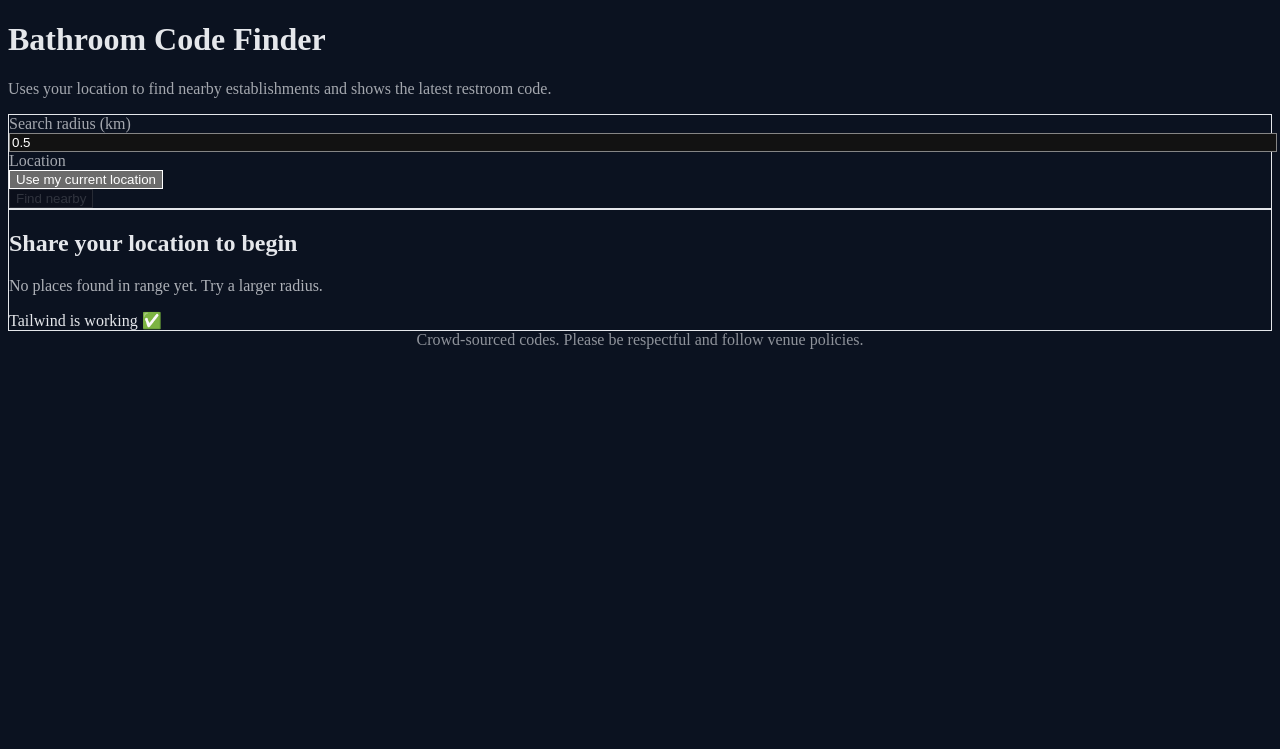
Repository: codcodedob/glitch
Page: /
An editor plug-in stored every save of this project. The page is shown before and after the next save, followed by the edit.
The browser window is 1280 px wide. The pictures show the whole page.
The page's requests for data from a server got no answer. The project was rebuilt for these pictures with package versions that can differ from the ones it lists, and the page was loaded fresh each time. The framework's server and built-in components were replaced by stand-ins that run in the browser. No one was signed in, and anything a server would have sent is missing. Also part of the build but not shown: next.config.js, next.config.mjs, next.config.ts, components/UpdateCodeModal.tsx.

Above is the page before, as saved 2025-10-03 11:54:43.

### pages/_app.tsx
import type { AppProps } from "next/app";
import { Toaster } from "react-hot-toast";
import "leaflet/dist/leaflet.css";
import "@/styles/globals.css";

export default function App({ Component, pageProps }: AppProps) {
  return (
    <>
      <Component {...pageProps} />
      <Toaster position="top-center" />
    </>
  );
}

### pages/index.tsx
// pages/index.tsx
import Head from "next/head";
import dynamic from "next/dynamic";
import { useCallback, useEffect, useMemo, useRef, useState } from "react";
import toast from "react-hot-toast";
import UpdateCodeModal from "@/components/UpdateCodeModal";

type Establishment = {
  id: string;
  name: string;
  address: string;
  lat: number;
  lng: number;
  restroom_available: boolean | null;
  distance_km?: number;
  code?: string | null;
  code_updated_at?: string | null;
  // may be absent for /api/nearest rows:
  google_place_id?: string | null;
};

type Candidate = {
  place_id: string;
  name: string;
  address: string | null;
  lat: number;
  lng: number;
  code?: string | null;
  code_updated_at?: string | null;
};

// Vanilla Leaflet map (no react-leaflet)
const MapView = dynamic(() => import("@/components/MapView"), { ssr: false });

export default function Home() {
  const [pos, setPos] = useState<{ lat: number; lng: number } | null>(null);
  const [posStatus, setPosStatus] = useState<
    "idle" | "prompting" | "granted" | "denied" | "unavailable"
  >("idle");

  const [radiusKm, setRadiusKm] = useState<number>(0.5);
  const [results, setResults] = useState<Establishment[]>([]);
  const [loading, setLoading] = useState(false);
  const [fetchError, setFetchError] = useState<string | null>(null);

  // Inline quick-edit (by establishment_id) for list rows:
  const [quickEdit, setQuickEdit] = useState<{ id: string; name: string } | null>(null);

  // Modal (by google place_id) for Places-based detection/chooser:
  const [modalOpen, setModalOpen] = useState(false);
  const [selectedPlace, setSelectedPlace] = useState<Candidate | null>(null);

  const staffToken = process.env.NEXT_PUBLIC_SUBMIT_TOKEN; // dev-only toggle for staff_verified
  const inFlight = useRef(false);

  useEffect(() => {
    if (!("geolocation" in navigator)) setPosStatus("unavailable");
  }, []);

  const requestLocation = useCallback(() => {
    if (!("geolocation" in navigator)) {
      setPosStatus("unavailable");
      return;
    }
    setPosStatus("prompting");
    navigator.geolocation.getCurrentPosition(
      (p) => {
        setPos({ lat: p.coords.latitude, lng: p.coords.longitude });
        setPosStatus("granted");
      },
      (err) => {
        setPosStatus(err.code === err.PERMISSION_DENIED ? "denied" : "unavailable");
      },
      { enableHighAccuracy: true, timeout: 12000, maximumAge: 10000 }
    );
  }, []);

  const fetchNearest = useCallback(async () => {
    if (!pos || inFlight.current) return;
    setLoading(true);
    setFetchError(null);
    inFlight.current = true;
    try {
      const q = new URLSearchParams({
        lat: String(pos.lat),
        lng: String(pos.lng),
        radius_km: String(radiusKm),
      });
      const res = await fetch(`/api/nearest?${q.toString()}`, {
        headers: { "cache-control": "no-store" },
      });
      if (!res.ok) throw new Error(`Server ${res.status}: ${await res.text()}`);
      const data = (await res.json()) as { establishments?: Establishment[] };
      setResults(data.establishments ?? []);
    } catch (e: any) {
      setFetchError(e?.message ?? "Failed to fetch nearby places.");
    } finally {
      setLoading(false);
      inFlight.current = false;
    }
  }, [pos, radiusKm]);

  // fetch when position arrives
  useEffect(() => {
    if (pos) fetchNearest();
  }, [pos, fetchNearest]);

  // Auto-resolve building and toast (now wires to modal for adding code)
  useEffect(() => {
    if (!pos) return;
    (async () => {
      try {
        const q = new URLSearchParams({ lat: String(pos.lat), lng: String(pos.lng) });
        const r = await fetch(`/api/resolve-building?${q.toString()}`);
        const data = await r.json();

        if (data.status === "code") {
          toast.success(`🧻 ${data.establishment.name} — code: ${data.code}`, { duration: 6000 });
        } else if (data.status === "no_code") {
          // Prepare the candidate for the modal
          const baseCand: Candidate | null = data.establishment?.google_place_id
            ? {
                place_id: data.establishment.google_place_id,
                name: data.establishment.name,
                address: data.establishment.address,
                lat: data.establishment.lat,
                lng: data.establishment.lng,
                code: data.code ?? null,
                code_updated_at: data.code_updated_at ?? null,
              }
            : null;

          toast(
            (t) => (
              <div className="text-sm">
                <div>✍️ {data.establishment?.name || "This place"} — no code yet</div>
                <div className="mt-2 flex flex-wrap gap-2">
                  <button
                    className="rounded border border-slate-700 bg-slate-800 px-2 py-1 hover:bg-slate-700"
                    onClick={() => {
                      if (baseCand) {
                        setSelectedPlace(baseCand);
                        setModalOpen(true);
                        toast.dismiss(t.id);
                      } else {
                        toast("No place_id yet—try chooser", { id: t.id, duration: 3000 });
                      }
                    }}
                  >
                    Add code
                  </button>

                  <button
                    className="rounded border border-slate-700 bg-slate-800 px-2 py-1 hover:bg-slate-700"
                    onClick={async () => {
                      // Show top nearby choices
                      const q2 = new URLSearchParams({
                        lat: String(pos!.lat),
                        lng: String(pos!.lng),
                        radius: "120",
                      });
                      const r2 = await fetch(`/api/resolve-building?${q2.toString()}`);
                      const j = await r2.json();

                      const choices: Candidate[] =
                        j?.candidates?.map((p: any) => ({
                          place_id: p.place_id,
                          name: p.name,
                          address: p.address ?? null,
                          lat: p.lat ?? pos!.lat,
                          lng: p.lng ?? pos!.lng,
                          code: p.code ?? null,
                          code_updated_at: p.code_updated_at ?? null,
                        })) ?? [];

                      if (!choices.length) {
                        toast("No other nearby places found", { id: t.id, duration: 3000 });
                        return;
                      }

                      toast.custom(
                        (tt) => (
                          <div className="rounded-xl border border-slate-800 bg-slate-900/95 p-3 text-sm shadow-2xl">
                            <div className="mb-2 font-medium">Pick the correct place</div>
                            <div className="flex flex-col gap-2">
                              {choices.slice(0, 5).map((p) => (
                                <button
                                  key={p.place_id}
                                  className="text-left rounded border border-slate-700 bg-slate-800 px-2 py-1 hover:bg-slate-700"
                                  onClick={() => {
                                    setSelectedPlace(p);
                                    setModalOpen(true);
                                    toast.dismiss(tt.id);
                                    toast.dismiss(t.id);
                                  }}
                                >
                                  <div className="font-medium">{p.name}</div>
                                  <div className="text-xs opacity-70">{p.address ?? "No address"}</div>
                                </button>
                              ))}
                            </div>
                          </div>
                        ),
                        { id: `${t.id}-chooser`, duration: 10000 }
                      );
                    }}
                  >
                    Not this place?
                  </button>
                </div>
              </div>
            ),
            { duration: 6000 }
          );
        } else if (data.status === "no_restroom") {
          toast(`🚫 ${data.establishment?.name || "This place"} — no restroom`, { duration: 4500 });
        }
      } catch {
        // ignore
      }
    })();
  }, [pos, fetchNearest]);

  const header = useMemo(
    () => (!pos ? "Share your location to begin" : `Nearest bathrooms within ${radiusKm} km`),
    [pos, radiusKm]
  );

  return (
    <>
      <Head>
        <title>Bathroom Code Finder</title>
        <meta
          name="description"
          content="Find the nearest establishment and see the current restroom code (crowd-verified)."
        />
      </Head>

      <div className="min-h-screen bg-slate-950 text-slate-100">
        <div className="mx-auto max-w-3xl p-6 sm:p-8">
          <header className="mb-5">
            <h1 className="text-2xl sm:text-3xl font-bold">Bathroom Code Finder</h1>
            <p className="text-sm opacity-70 mt-1">
              Uses your location to find nearby establishments and shows the latest restroom code.
            </p>
          </header>

          {/* Controls */}
          <div className="rounded-2xl border border-slate-800 bg-slate-900/60 p-4 sm:p-5 shadow-xl">
            <div className="flex flex-col gap-3 sm:flex-row sm:items-end sm:justify-between">
              <div className="grid grid-cols-1 sm:grid-cols-3 gap-3 w-full sm:w-auto">
                <div>
                  <label className="block text-xs opacity-70 mb-1">Search radius (km)</label>
                  <input
                    type="number"
                    min={0.1}
                    step={0.1}
                    value={radiusKm}
                    onChange={(e) => setRadiusKm(parseFloat(e.target.value || "0.5"))}
                    className="w-full rounded-xl border border-slate-700 bg-slate-900 px-3 py-2 text-slate-100"
                  />
                </div>

                <div className="sm:col-span-2">
                  <label className="block text-xs opacity-70 mb-1">Location</label>
                  {!pos ? (
                    <button
                      onClick={requestLocation}
                      className="inline-flex h-11 items-center justify-center rounded-xl border border-slate-700 bg-slate-800 px-4 font-medium hover:bg-slate-700"
                    >
                      {posStatus === "prompting" ? "Requesting…" : "Use my current location"}
                    </button>
                  ) : (
                    <div className="flex items-center gap-3">
                      <span className="inline-flex items-center rounded-full border border-emerald-700 bg-emerald-900/40 px-2.5 py-1 text-xs text-emerald-100">
                        location ready
                      </span>
                      <button
                        onClick={requestLocation}
                        className="text-sm underline underline-offset-4 opacity-80 hover:opacity-100"
                        title="Refresh location"
                      >
                        Refresh
                      </button>
                    </div>
                  )}
                </div>
              </div>

              <div className="mt-1 sm:mt-0">
                <button
                  onClick={fetchNearest}
                  disabled={!pos || loading}
                  className="inline-flex h-11 items-center justify-center rounded-xl border border-slate-700 bg-slate-800 px-5 font-medium hover:bg-slate-700 disabled:opacity-50"
                >
                  {loading ? "Searching…" : "Find nearby"}
                </button>
              </div>
            </div>

            {!pos && posStatus === "denied" && (
              <p className="mt-3 text-pink-300">
                Location permission denied. Enable it in your browser settings and try again.
              </p>
            )}
            {posStatus === "unavailable" && (
              <p className="mt-3 text-pink-300">Geolocation is not available on this device/browser.</p>
            )}
            {fetchError && <p className="mt-3 text-pink-300">{fetchError}</p>}
          </div>

          {/* Map */}
          {pos && (
            <div className="mt-5">
              <MapView center={pos} places={results} />
            </div>
          )}

          {/* Results list with empty state directly under header */}
          <section className="mt-5 rounded-2xl border border-slate-800 bg-slate-900/60 p-4 sm:p-5">
            <h2 className="text-lg font-semibold">{header}</h2>

            {results.length === 0 ? (
              <div className="mt-3 text-sm opacity-75">
                No places found in range yet. Try a larger radius.
              </div>
            ) : null}

            <ul className="mt-3 divide-y divide-slate-800">
              {results.map((r) => (
                <li key={r.id} className="py-3">
                  <div className="flex items-start justify-between gap-3">
                    <div>
                      <div className="font-semibold">
                        {r.name}{" "}
                        {typeof r.distance_km === "number" && (
                          <span className="ml-2 inline-block rounded-full border border-emerald-800 bg-emerald-900/40 px-2 py-0.5 text-xs text-emerald-100">
                            {r.distance_km.toFixed(2)} km
                          </span>
                        )}
                      </div>
                      <div className="text-xs opacity-80">{r.address}</div>

                      {r.restroom_available === false ? (
                        <div className="mt-2 text-xs opacity-70">No restroom</div>
                      ) : r.code ? (
                        <div className="mt-2">
                          <div className="text-xs opacity-80">Bathroom code</div>
                          <div className="font-mono text-xl">{r.code}</div>
                          {r.code_updated_at && (
                            <div className="text-xs opacity-70">
                              Updated {new Date(r.code_updated_at).toLocaleString()}
                            </div>
                          )}
                        </div>
                      ) : (
                        <div className="mt-2 text-xs opacity-70">No code yet</div>
                      )}

                      <div className="mt-2">
                        {/* List updates still use establishment_id quick-edit */}
                        <button
                          className="text-sm underline underline-offset-4 opacity-80 hover:opacity-100"
                          onClick={() => setQuickEdit({ id: r.id, name: r.name })}
                        >
                          Update code
                        </button>
                      </div>
                    </div>
                  </div>
                </li>
              ))}
            </ul>

            {/* Tailwind sanity chip */}
            <div className="mt-4 inline-block rounded-xl bg-emerald-600 px-3 py-1 text-white">
              Tailwind is working ✅
            </div>
          </section>

          {/* Quick-edit floating form (establishment_id) */}
          {quickEdit && (
            <form
              className="fixed inset-x-0 top-20 z-[9998] mx-auto w-full max-w-md rounded-2xl border border-slate-800 bg-slate-900/85 p-4 backdrop-blur-md shadow-2xl"
              onSubmit={async (e) => {
                e.preventDefault();
                const form = e.currentTarget;
                const code = (form.elements.namedItem("code") as HTMLInputElement).value.trim();
                const staffBox = form.elements.namedItem("staff_verified") as HTMLInputElement | null;
                if (!code) return;
                try {
                  const res = await fetch("/api/submit", {
                    method: "POST",
                    headers: {
                      "content-type": "application/json",
                      ...(staffToken ? { "x-submit-token": staffToken } : {}),
                    },
                    body: JSON.stringify({
                      establishment_id: quickEdit.id, // server should handle this path too
                      code,
                      staff_verified: !!staffBox?.checked,
                    }),
                  });
                  const j = await res.json().catch(() => ({}));
                  if (!res.ok || j?.error) throw new Error(j?.error || "Submit failed");
                  toast.success("Code saved");
                  setQuickEdit(null);
                  await fetchNearest();
                } catch (err: any) {
                  toast.error(err?.message || "Submit failed — check console");
                  console.error(err);
                }
              }}
            >
              <div className="text-sm mb-2 font-medium">Update code — {quickEdit.name}</div>
              <input
                name="code"
                autoFocus
                placeholder="Enter code"
                type="tel"
                inputMode="numeric"
                pattern="[0-9]*"
                enterKeyHint="done"
                className="w-full rounded-xl border border-slate-700 bg-slate-900 px-3 py-2 text-slate-100 font-mono tracking-widest"
              />
              {staffToken && (
                <label className="mt-2 flex items-center gap-2 text-xs opacity-80">
                  <input type="checkbox" name="staff_verified" /> Staff-verified
                </label>
              )}
              <div className="mt-3 flex gap-2">
                <button
                  className="rounded-xl border border-slate-700 bg-slate-800 px-4 py-2 hover:bg-slate-700"
                  type="submit"
                >
                  Save
                </button>
                <button
                  className="rounded-xl border border-slate-800 px-4 py-2"
                  type="button"
                  onClick={() => setQuickEdit(null)}
                >
                  Cancel
                </button>
              </div>
            </form>
          )}

          {/* Modal for Places-based add/update (by place_id) */}
          <UpdateCodeModal
            open={modalOpen}
            onClose={() => setModalOpen(false)}
            place={selectedPlace}
            onSaved={async () => {
              toast.success("Code updated");
              setModalOpen(false);
              await fetchNearest();
            }}
          />

          <footer className="mt-8 text-center text-xs opacity-60">
            Crowd-sourced codes. Please be respectful and follow venue policies.
          </footer>
        </div>
      </div>
    </>
  );
}

### styles/globals.css
@tailwind base;
@tailwind components;
@tailwind utilities;

/* your custom styles below (optional) */
:root { color-scheme: dark; }
body { background: #0b1220; color: #e5e7eb; }

Loaded but not shown: pages/_document.tsx (common file)

After the next save:
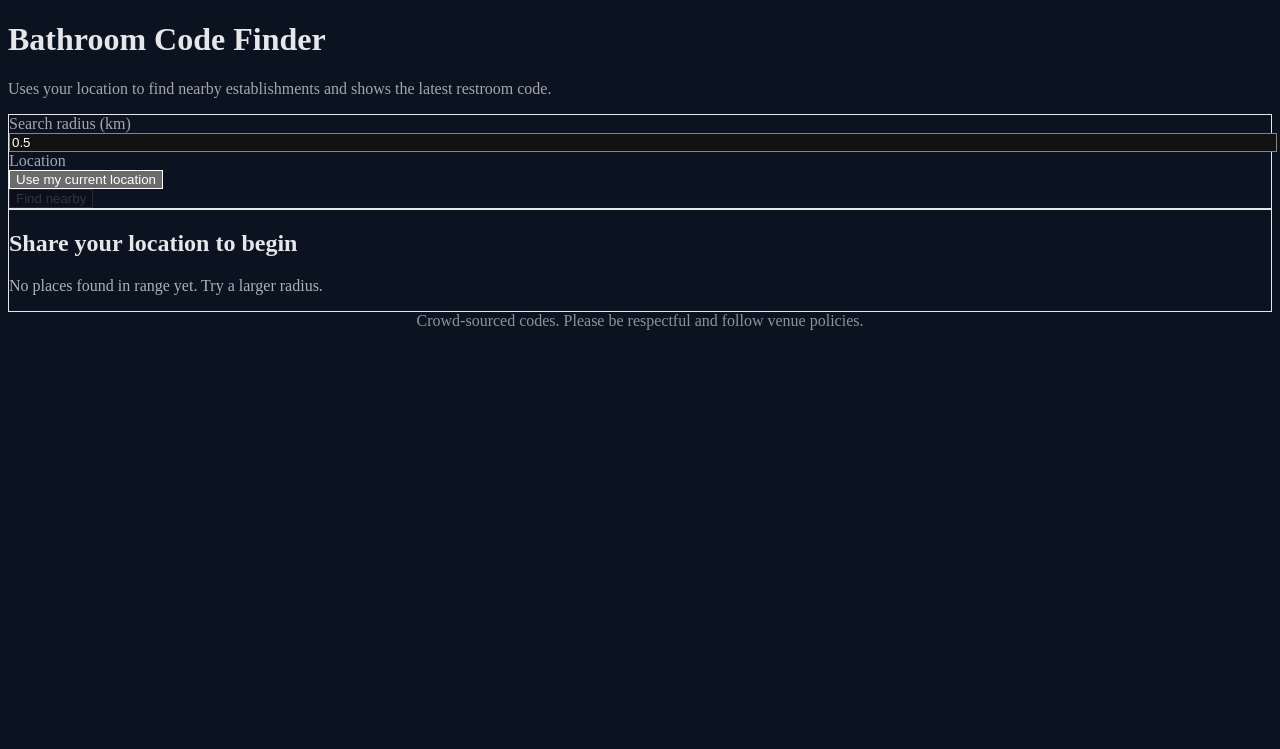
Saved 6 min 1 s later.
--- a/pages/index.tsx
+++ b/pages/index.tsx
@@ -373,9 +373,7 @@
             </ul>
 
             {/* Tailwind sanity chip */}
-            <div className="mt-4 inline-block rounded-xl bg-emerald-600 px-3 py-1 text-white">
-              Tailwind is working ✅
-            </div>
+
           </section>
 
           {/* Quick-edit floating form (establishment_id) */}

After the save that followed:
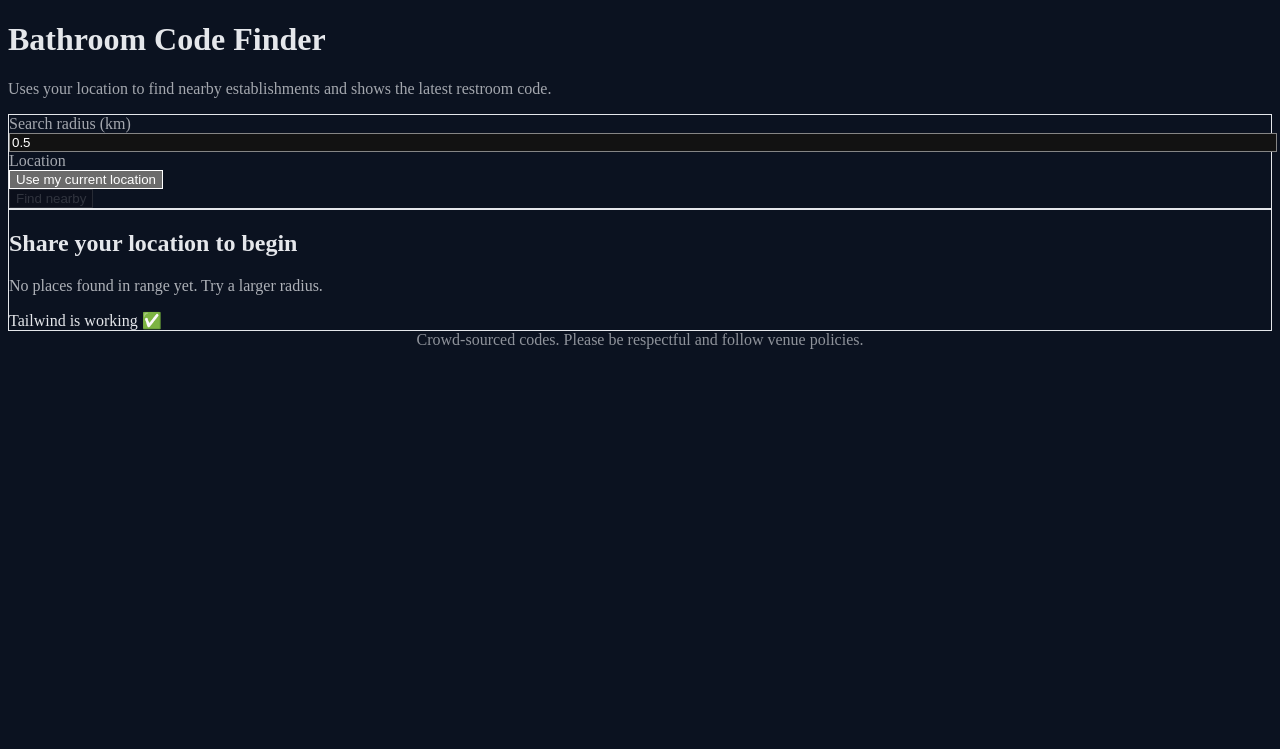
Saved 4 min 37 s later.
--- a/pages/index.tsx
+++ b/pages/index.tsx
@@ -373,7 +373,9 @@
             </ul>
 
             {/* Tailwind sanity chip */}
-
+            <div className="mt-4 inline-block rounded-xl bg-emerald-600 px-3 py-1 text-white">
+              Tailwind is working ✅
+            </div>
           </section>
 
           {/* Quick-edit floating form (establishment_id) */}
